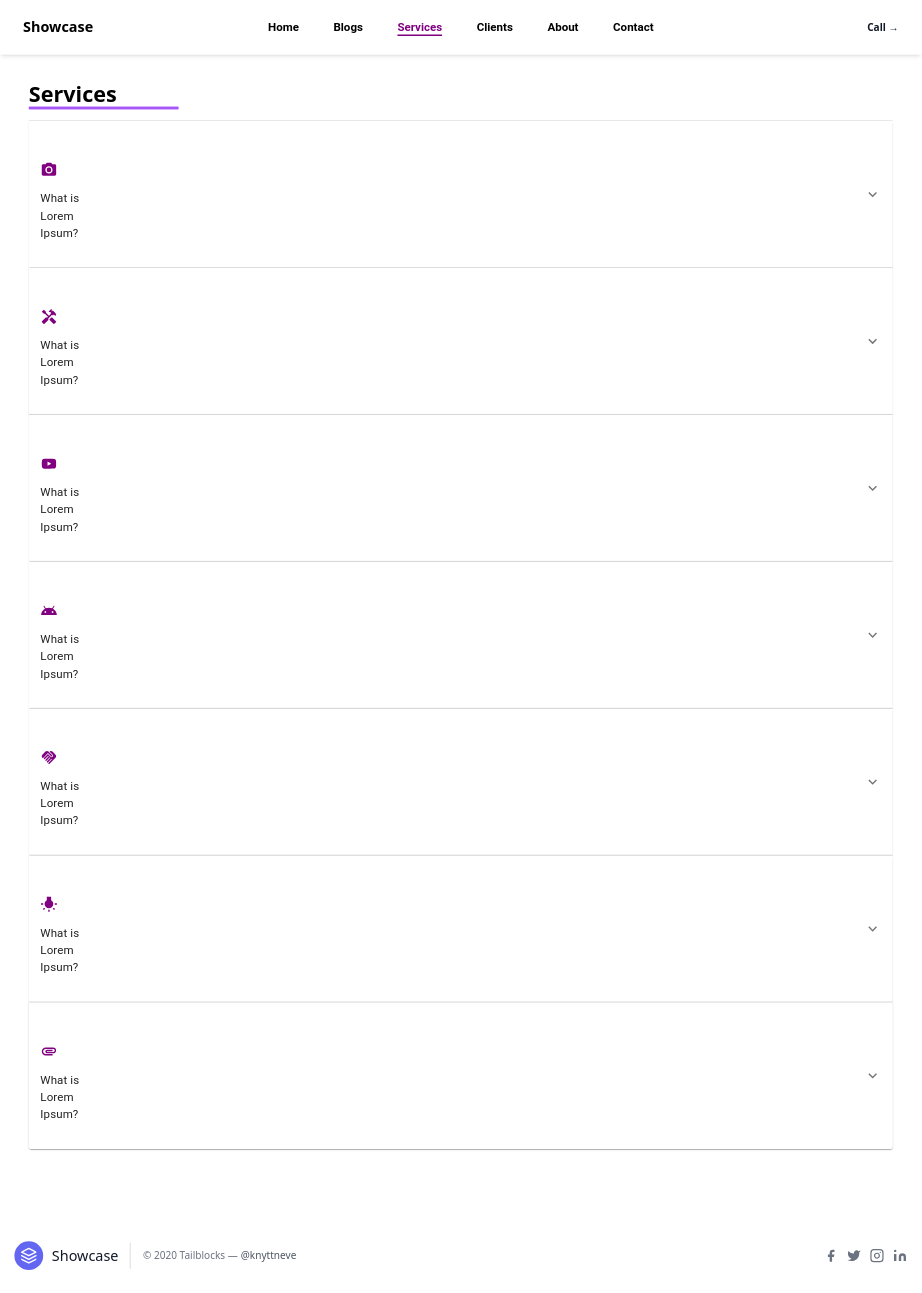
Repository: prashant523580/showcase
Page: /services
These files come from the project's save history. The page is drawn as it stood at one moment and after the next save; the edit follows.
The browser window is 1280 px wide. The pictures show the whole page, at 72% of full size.
The project was rebuilt for these pictures with package versions that can differ from the ones it lists, and the page was loaded fresh each time. The framework's server and built-in components were replaced by stand-ins that run in the browser. Also part of the build but not shown: next.config.js.

Above is the page before, as saved 2023-03-25 18:35:35.

### src/pages/_app.tsx
import Footer from '@/components/Footer'
import Navbar from '@/components/Navbar'
import React from "react";
import '@/styles/globals.css'
import type { AppProps } from 'next/app'
import AOS from "aos";
import "aos/dist/aos.css"
export default function App({ Component, pageProps }: AppProps) {
  React.useEffect(()=>{
      AOS.init()
  },[])
  return(
<>
    <Navbar/>
    <Component {...pageProps} />
    <Footer/>
</>
    )
}

### src/pages/services.tsx
import * as React from 'react';
import Accordion from '@mui/material/Accordion';
import AccordionDetails from '@mui/material/AccordionDetails';
import AccordionSummary from '@mui/material/AccordionSummary';
import Typography from '@mui/material/Typography';
import ExpandMoreIcon from '@mui/icons-material/ExpandMore';
import CameraAltIcon from '@mui/icons-material/CameraAlt';
import YouTubeIcon from '@mui/icons-material/YouTube';
import HandymanIcon from '@mui/icons-material/Handyman';
import AndroidIcon from '@mui/icons-material/Android';
import WbIncandescentIcon from '@mui/icons-material/WbIncandescent';
import HandshakeIcon from '@mui/icons-material/Handshake';
import AttachmentIcon from '@mui/icons-material/Attachment';
import htmlParser from "react-html-parser"
const services = [
    {
        id: "1",
        label: "What is Lorem Ipsum?",
        icon: <CameraAltIcon />,
        description: "Lorem Ipsum is simply dummy text of the printing and typesetting industry. Lorem Ipsum has been the industry&apos;s standard dummy text ever since the 1500s, when an unknown printer took a galley of type and scrambled it to make a type specimen book. It has survived not only five centuries, but also the leap into electronic typesetting, remaining essentially unchanged. It was popularised in the 1960s with the release of Letraset sheets containing Lorem Ipsum passages, and more recently with desktop publishing software like Aldus PageMaker including versions of Lorem Ipsum."
    },
    {
        id: "2",
        label: "What is Lorem Ipsum?",
        icon: <HandymanIcon />,
        description: "Lorem Ipsum is simply dummy text of the printing and typesetting industry. Lorem Ipsum has been the industry&apos;s standard dummy text ever since the 1500s, when an unknown printer took a galley of type and scrambled it to make a type specimen book. It has survived not only five centuries, but also the leap into electronic typesetting, remaining essentially unchanged. It was popularised in the 1960s with the release of Letraset sheets containing Lorem Ipsum passages, and more recently with desktop publishing software like Aldus PageMaker including versions of Lorem Ipsum."
    },
    {
        id: "3",
        label: "What is Lorem Ipsum?",
        icon: <YouTubeIcon />,
        description: "Lorem Ipsum is simply dummy text of the printing and typesetting industry. Lorem Ipsum has been the industry&apos;s standard dummy text ever since the 1500s, when an unknown printer took a galley of type and scrambled it to make a type specimen book. It has survived not only five centuries, but also the leap into electronic typesetting, remaining essentially unchanged. It was popularised in the 1960s with the release of Letraset sheets containing Lorem Ipsum passages, and more recently with desktop publishing software like Aldus PageMaker including versions of Lorem Ipsum."
    },
    {
        id: "4",
        label: "What is Lorem Ipsum?",
        icon: <AndroidIcon />,
        description: "Lorem Ipsum is simply dummy text of the printing and typesetting industry. Lorem Ipsum has been the industry&apos;s standard dummy text ever since the 1500s, when an unknown printer took a galley of type and scrambled it to make a type specimen book. It has survived not only five centuries, but also the leap into electronic typesetting, remaining essentially unchanged. It was popularised in the 1960s with the release of Letraset sheets containing Lorem Ipsum passages, and more recently with desktop publishing software like Aldus PageMaker including versions of Lorem Ipsum."
    },
    {
        id: "5",
        label: "What is Lorem Ipsum?",
        icon: <HandshakeIcon />,
        description: "Lorem Ipsum is simply dummy text of the printing and typesetting industry. Lorem Ipsum has been the industry&apos;s standard dummy text ever since the 1500s, when an unknown printer took a galley of type and scrambled it to make a type specimen book. It has survived not only five centuries, but also the leap into electronic typesetting, remaining essentially unchanged. It was popularised in the 1960s with the release of Letraset sheets containing Lorem Ipsum passages, and more recently with desktop publishing software like Aldus PageMaker including versions of Lorem Ipsum."
    },
    {
        id: "6",
        label: "What is Lorem Ipsum?",
        icon: <WbIncandescentIcon />,
        description: "Lorem Ipsum is simply dummy text of the printing and typesetting industry. Lorem Ipsum has been the industry&apos;s standard dummy text ever since the 1500s, when an unknown printer took a galley of type and scrambled it to make a type specimen book. It has survived not only five centuries, but also the leap into electronic typesetting, remaining essentially unchanged. It was popularised in the 1960s with the release of Letraset sheets containing Lorem Ipsum passages, and more recently with desktop publishing software like Aldus PageMaker including versions of Lorem Ipsum."
    },
    {
        id: "7",
        label: "What is Lorem Ipsum?",
        icon: <AttachmentIcon />,
        description: "Lorem Ipsum is simply dummy text of the printing and typesetting industry. Lorem Ipsum has been the industry&apos;s standard dummy text ever since the 1500s, when an unknown printer took a galley of type and scrambled it to make a type specimen book. It has survived not only five centuries, but also the leap into electronic typesetting, remaining essentially unchanged. It was popularised in the 1960s with the release of Letraset sheets containing Lorem Ipsum passages, and more recently with desktop publishing software like Aldus PageMaker including versions of Lorem Ipsum."
    },
]
export default function Sercices() {
    const [expanded, setExpanded] = React.useState<string | false>(false);

    const handleChange =
        (panel: string) => (event: React.SyntheticEvent, isExpanded: boolean) => {
            setExpanded(isExpanded ? panel : false);
        };

    return (
        <div className='py-24 px-10'>
            <div className="py-4">

                <h1 className='font-bold text-3xl'>Services</h1>
                <div className='w-52 h-1 bg-purple-500'></div>
            </div>
            {
                services.map((service, ind) => {
                    return (

                        <Accordion expanded={expanded === `panel${ind}`} onChange={handleChange(`panel${ind}`)}>
                            <AccordionSummary
                                expandIcon={<ExpandMoreIcon />}
                                aria-controls="panel1bh-content"
                                id="panel1bh-header"
                                sx={{
                                    py: 3,
                                    display: "flex",
                                    alignItems:"center",
                                    justifyContent:"center"
                                }}
                            >
                                <div>

                                <Typography sx={{  color: 'purple', fontSize: 40 }}>
                                    {service.icon}
                                </Typography>
                                <Typography sx={{width: '50%', flexShrink: 0 }}>{service.label}</Typography>
                                </div>
                            </AccordionSummary>
                            <AccordionDetails>
                                <Typography>
                                    {htmlParser(service.description)}
                                </Typography>
                            </AccordionDetails>
                        </Accordion>
                    )
                })
            }

        </div>
    );
}

### src/components/Footer.tsx
import React from 'react'

export default function Footer() {
  return (
    <footer className="text-gray-600 body-font">
  <div className="container px-5 py-8 mx-auto flex items-center sm:flex-row flex-col">
    <a className="flex title-font font-medium items-center md:justify-start justify-center text-gray-900">
      <svg xmlns="http://www.w3.org/2000/svg" fill="none" stroke="currentColor" stroke-linecap="round" stroke-linejoin="round" stroke-width="2" className="w-10 h-10 text-white p-2 bg-indigo-500 rounded-full" viewBox="0 0 24 24">
        <path d="M12 2L2 7l10 5 10-5-10-5zM2 17l10 5 10-5M2 12l10 5 10-5"></path>
      </svg>
      <span className="ml-3 text-xl">Showcase</span>
    </a>
    <p className="text-sm text-gray-500 sm:ml-4 sm:pl-4 sm:border-l-2 sm:border-gray-200 sm:py-2 sm:mt-0 mt-4">© 2020 Tailblocks —
      <a href="https://twitter.com/knyttneve" className="text-gray-600 ml-1" rel="noopener noreferrer" target="_blank">@knyttneve</a>
    </p>
    <span className="inline-flex sm:ml-auto sm:mt-0 mt-4 justify-center sm:justify-start">
      <a className="text-gray-500">
        <svg fill="currentColor" stroke-linecap="round" stroke-linejoin="round" stroke-width="2" className="w-5 h-5" viewBox="0 0 24 24">
          <path d="M18 2h-3a5 5 0 00-5 5v3H7v4h3v8h4v-8h3l1-4h-4V7a1 1 0 011-1h3z"></path>
        </svg>
      </a>
      <a className="ml-3 text-gray-500">
        <svg fill="currentColor" stroke-linecap="round" stroke-linejoin="round" stroke-width="2" className="w-5 h-5" viewBox="0 0 24 24">
          <path d="M23 3a10.9 10.9 0 01-3.14 1.53 4.48 4.48 0 00-7.86 3v1A10.66 10.66 0 013 4s-4 9 5 13a11.64 11.64 0 01-7 2c9 5 20 0 20-11.5a4.5 4.5 0 00-.08-.83A7.72 7.72 0 0023 3z"></path>
        </svg>
      </a>
      <a className="ml-3 text-gray-500">
        <svg fill="none" stroke="currentColor" stroke-linecap="round" stroke-linejoin="round" stroke-width="2" className="w-5 h-5" viewBox="0 0 24 24">
          <rect width="20" height="20" x="2" y="2" rx="5" ry="5"></rect>
          <path d="M16 11.37A4 4 0 1112.63 8 4 4 0 0116 11.37zm1.5-4.87h.01"></path>
        </svg>
      </a>
      <a className="ml-3 text-gray-500">
        <svg fill="currentColor" stroke="currentColor" stroke-linecap="round" stroke-linejoin="round" stroke-width="0" className="w-5 h-5" viewBox="0 0 24 24">
          <path stroke="none" d="M16 8a6 6 0 016 6v7h-4v-7a2 2 0 00-2-2 2 2 0 00-2 2v7h-4v-7a6 6 0 016-6zM2 9h4v12H2z"></path>
          <circle cx="4" cy="4" r="2" stroke="none"></circle>
        </svg>
      </a>
    </span>
  </div>
</footer>
  )
}

### src/components/Navbar.tsx
// import React from 'react'

// export default function Navbar() {
//   return (
//     <header className="text-gray-600 body-font">
//   <div className="container mx-auto flex flex-wrap p-5 flex-col md:flex-row items-center">
//     <nav className="flex lg:w-2/5 flex-wrap items-center text-base md:ml-auto">
//       <a className="mr-5 hover:text-gray-900">First Link</a>
//       <a className="mr-5 hover:text-gray-900">Second Link</a>
//       <a className="mr-5 hover:text-gray-900">Third Link</a>
//       <a className="hover:text-gray-900">Fourth Link</a>
//     </nav>
//     <a className="flex order-first lg:order-none lg:w-1/5 title-font font-medium items-center text-gray-900 lg:items-center lg:justify-center mb-4 md:mb-0">
//       <svg xmlns="http://www.w3.org/2000/svg" fill="none" stroke="currentColor" stroke-linecap="round" stroke-linejoin="round" stroke-width="2" className="w-10 h-10 text-white p-2 bg-indigo-500 rounded-full" viewBox="0 0 24 24">
//         <path d="M12 2L2 7l10 5 10-5-10-5zM2 17l10 5 10-5M2 12l10 5 10-5"></path>
//       </svg>
//       <span className="ml-3 text-xl">Tailblocks</span>
//     </a>
//     <div className="lg:w-2/5 inline-flex lg:justify-end ml-5 lg:ml-0">
//       <button className="inline-flex items-center bg-gray-100 border-0 py-1 px-3 focus:outline-none hover:bg-gray-200 rounded text-base mt-4 md:mt-0">Button
//         <svg fill="none" stroke="currentColor" stroke-linecap="round" stroke-linejoin="round" stroke-width="2" className="w-4 h-4 ml-1" viewBox="0 0 24 24">
//           <path d="M5 12h14M12 5l7 7-7 7"></path>
//         </svg>
//       </button>
//     </div>
//   </div>
// </header>
//   )
// }
import React, { useState } from 'react'
import {useRouter} from "next/router"
import { Dialog } from '@headlessui/react'
import { Bars3Icon, XMarkIcon } from '@heroicons/react/24/outline'
import Link from 'next/link'

const navigation = [
  { name: 'Home', href: '/' },
  { name: 'Blogs', href: '/blogs' },
  { name: 'Services', href: '/services' },
  { name: 'Clients', href: '/clients' },
  { name: 'About', href: '/about' },
  { name: 'Contact', href: '/contact' },
]
function ActiveLink({ children, href } : any) {
  const router = useRouter();
  const style = {
      // padding: 10,
    // marginRight: 10,
    fontWeight:"bold",
    color: router.asPath === href ? 'purple' : 'black',
    boxShadow:  router.asPath === href ? "inset 0 -2px 0 0 purple" : "none",
    fontFamily: "'Roboto', sans-serif",
  }

  const handleClick = (e : any) => {
    e.preventDefault()
    router.push(href)
  }

  return (
    <a href={href} onClick={handleClick} style={style}>
      {children}
    </a>
  )
}
export default function Example() {
  const [mobileMenuOpen, setMobileMenuOpen] = useState(false)

  return (
    <div className="bg-white">
      <header className="absolute shadow-md bg-white inset-x-0 top-0 z-50">
        <nav className="flex items-center justify-between p-6 lg:px-8" aria-label="Global">
          <div className="flex lg:flex-1">
            <Link href="/" className="-m-1.5 p-1.5">
              <span className="sr-only">Showcase</span>
              {/* <img
                className="h-8 w-auto"
                src="https://tailwindui.com/img/logos/mark.svg?color=indigo&shade=600"
                alt=""
              /> */}
              <h1 className='font-bold text-xl'>Showcase</h1>
            </Link>
          </div>
          <div className="flex lg:hidden">
            <button
              type="button"
              className="-m-2.5 inline-flex items-center justify-center rounded-md p-2.5 text-gray-700"
              onClick={() => setMobileMenuOpen(true)}
            >
              <span className="sr-only">Open main menu</span>
              <Bars3Icon className="h-6 w-6" aria-hidden="true" />
            </button>
          </div>
          <div className="hidden lg:flex lg:gap-x-12">
            {navigation.map((item) => (
              <ActiveLink key={item.name} href={item.href}>
                {item.name}
              </ActiveLink>
            ))}
          </div>
          <div className="hidden lg:flex lg:flex-1 lg:justify-end">
            <Link href="tel:+9779816514719" className="text-sm font-semibold leading-6 text-gray-900">
              Call <span aria-hidden="true">&rarr;</span>
            </Link>
          </div>
        </nav>
        <Dialog as="div" className="lg:hidden transition-all" open={mobileMenuOpen} onClose={setMobileMenuOpen}>
          <div className="fixed inset-0 z-50  transition-all" />
          <Dialog.Panel className="fixed transition-all inset-y-0 right-0 z-50 w-full overflow-y-auto bg-white px-6 py-6 sm:max-w-sm sm:ring-1 sm:ring-gray-900/10">
            <div className="flex items-center justify-between">
              <Link href="#" className="-m-1.5 p-1.5">
                <span className="sr-only">Showcase</span>
                <img
                  className="h-8 w-auto"
                  src="https://tailwindui.com/img/logos/mark.svg?color=indigo&shade=600"
                  alt=""
                />
              </Link>
              <button
                type="button"
                className="-m-2.5 rounded-md p-2.5 text-gray-700"
                onClick={() => setMobileMenuOpen(false)}
              >
                <span className="sr-only">Close menu</span>
                <XMarkIcon className="h-6 w-6" aria-hidden="true" />
              </button>
            </div>
            <div className="mt-6 flow-root">
              <div className="-my-6 divide-y divide-gray-500/10">
                <div className="space-y-2 py-6">
                  {navigation.map((item) => (
                    <Link
                      key={item.name}
                      href={item.href}
                      className="-mx-3 block rounded-lg py-2 px-3 text-base font-semibold leading-7 text-gray-900 hover:bg-gray-50"
                    >
                      {item.name}
                    </Link>
                  ))}
                </div>
                <div className="py-6">
                  <Link
                    href="#"
                    className="-mx-3 block rounded-lg py-2.5 px-3 text-base font-semibold leading-7 text-gray-900 hover:bg-gray-50"
                  >
                    Log in
                  </Link>
                </div>
              </div>
            </div>
          </Dialog.Panel>
        </Dialog>
      </header>


    </div>
  )
}

### src/styles/globals.css
@tailwind base;
@tailwind components;
@tailwind utilities;
@import url('https://fonts.googleapis.com/css2?family=Aclonica&family=Caveat&family=DM+Serif+Text&family=Oswald&family=Roboto&family=Vollkorn&display=swap');

:root {
  --max-width: 1100px;
  --border-radius: 12px;
  --font-mono: ui-monospace, Menlo, Monaco, 'Cascadia Mono', 'Segoe UI Mono',
    'Roboto Mono', 'Oxygen Mono', 'Ubuntu Monospace', 'Source Code Pro',
    'Fira Mono', 'Droid Sans Mono', 'Courier New', monospace;

  --foreground-rgb: 0, 0, 0;
  --background-start-rgb: 214, 219, 220;
  --background-end-rgb: 255, 255, 255;

  --primary-glow: conic-gradient(
    from 180deg at 50% 50%,
    #16abff33 0deg,
    #0885ff33 55deg,
    #54d6ff33 120deg,
    #0071ff33 160deg,
    transparent 360deg
  );
  --secondary-glow: radial-gradient(
    rgba(255, 255, 255, 1),
    rgba(255, 255, 255, 0)
  );

  --tile-start-rgb: 239, 245, 249;
  --tile-end-rgb: 228, 232, 233;
  --tile-border: conic-gradient(
    #00000080,
    #00000040,
    #00000030,
    #00000020,
    #00000010,
    #00000010,
    #00000080
  );

  --callout-rgb: 238, 240, 241;
  --callout-border-rgb: 172, 175, 176;
  --card-rgb: 180, 185, 188;
  --card-border-rgb: 131, 134, 135;
}

@media (prefers-color-scheme: dark) {
  :root {
    --foreground-rgb: 255, 255, 255;
    --background-start-rgb: 0, 0, 0;
    --background-end-rgb: 0, 0, 0;

    --primary-glow: radial-gradient(rgba(1, 65, 255, 0.4), rgba(1, 65, 255, 0));
    --secondary-glow: linear-gradient(
      to bottom right,
      rgba(1, 65, 255, 0),
      rgba(1, 65, 255, 0),
      rgba(1, 65, 255, 0.3)
    );

    --tile-start-rgb: 2, 13, 46;
    --tile-end-rgb: 2, 5, 19;
    --tile-border: conic-gradient(
      #ffffff80,
      #ffffff40,
      #ffffff30,
      #ffffff20,
      #ffffff10,
      #ffffff10,
      #ffffff80
    );

    --callout-rgb: 20, 20, 20;
    --callout-border-rgb: 108, 108, 108;
    --card-rgb: 100, 100, 100;
    --card-border-rgb: 200, 200, 200;
  }
}

* {
  box-sizing: border-box;
  padding: 0;
  margin: 0;
}

html,
body {
  max-width: 100vw;
  overflow-x: hidden;

}

body {
  /* color: rgb(var(--foreground-rgb)); */
  /* background: linear-gradient(
      to bottom,
      transparent,
      rgb(var(--background-end-rgb))
    )
    rgb(var(--background-start-rgb)); */
      /*
    font-family: 'Vollkorn', serif;
    font-family: 'Oswald', sans-serif;
    font-family: 'Aclonica', sans-serif;
    font-family: 'Caveat', cursive;
    font-family: 'DM Serif Text', serif;
    font-family: 'Roboto', sans-serif;
    */
}

a {
  color: inherit;
  text-decoration: none;
}

/* @media (prefers-color-scheme: dark) {
  html {
    color-scheme: dark;
  }
} */

Loaded but not shown: src/pages/_document.tsx (common file); tailwind.config.js (common file)

After the next save:
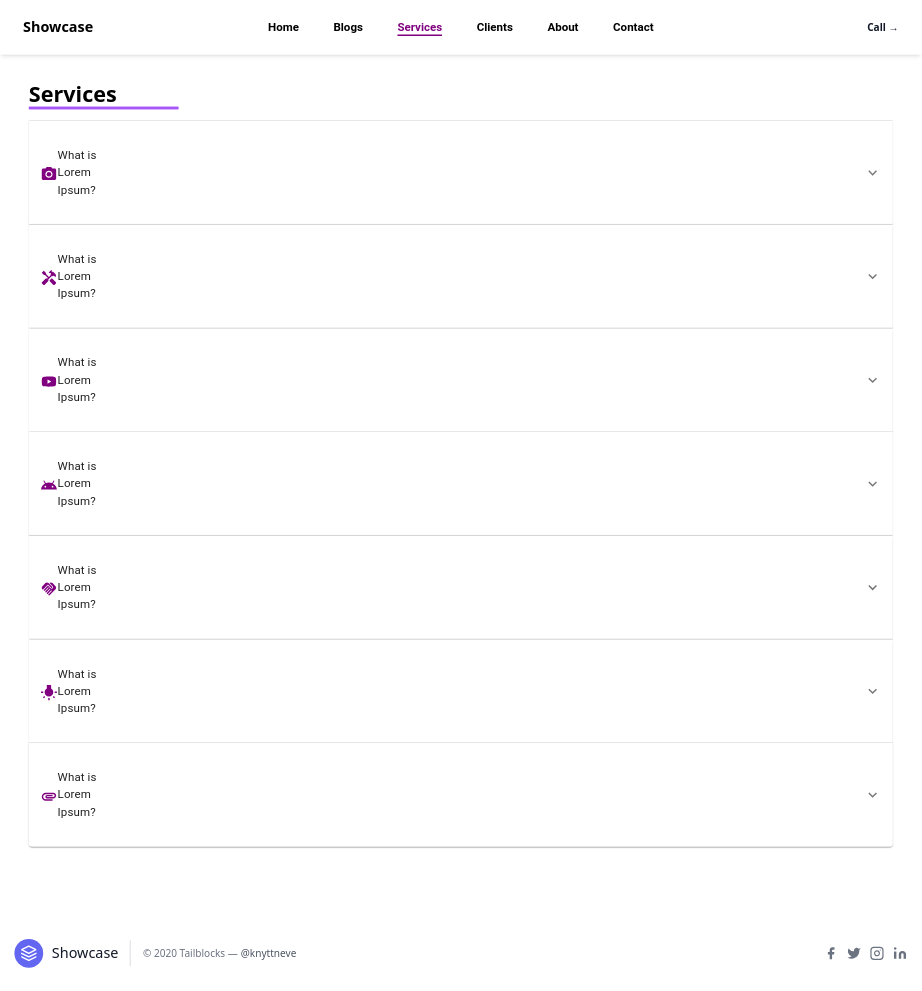
Saved 19 s later.
--- a/src/pages/services.tsx
+++ b/src/pages/services.tsx
@@ -87,7 +87,7 @@ export default function Sercices() {
                                     justifyContent:"center"
                                 }}
                             >
-                                <div>
+                                <div className='flex items-center'>
 
                                 <Typography sx={{  color: 'purple', fontSize: 40 }}>
                                     {service.icon}
